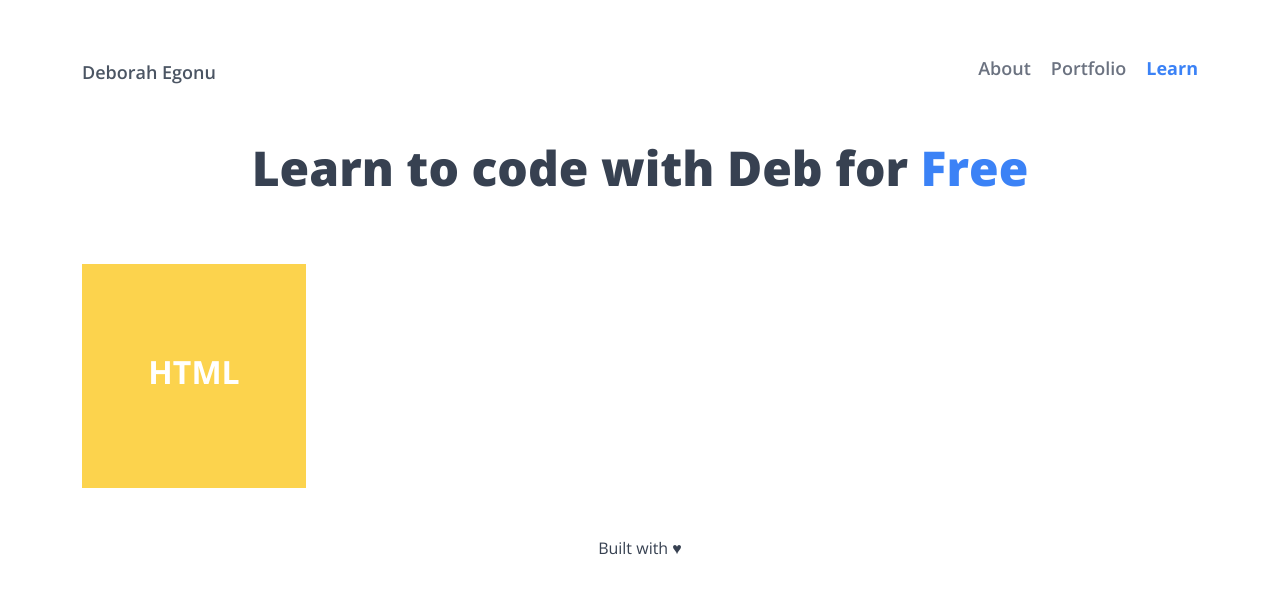
Repository: latenightsnacc/codewithdeb
Page: learn.html
The author's editor kept a copy of each file at every save. The page is drawn from the files as they stood at one save, then again after the next save.
The browser window is 1280 px wide. The pictures show the whole page.
The style sheet was rebuilt from its Sass, Less or Tailwind sources for each picture, by a compiler version that may differ from the author's.

Above is the page before, as saved 2021-06-07 12:42:02.

After the next save:
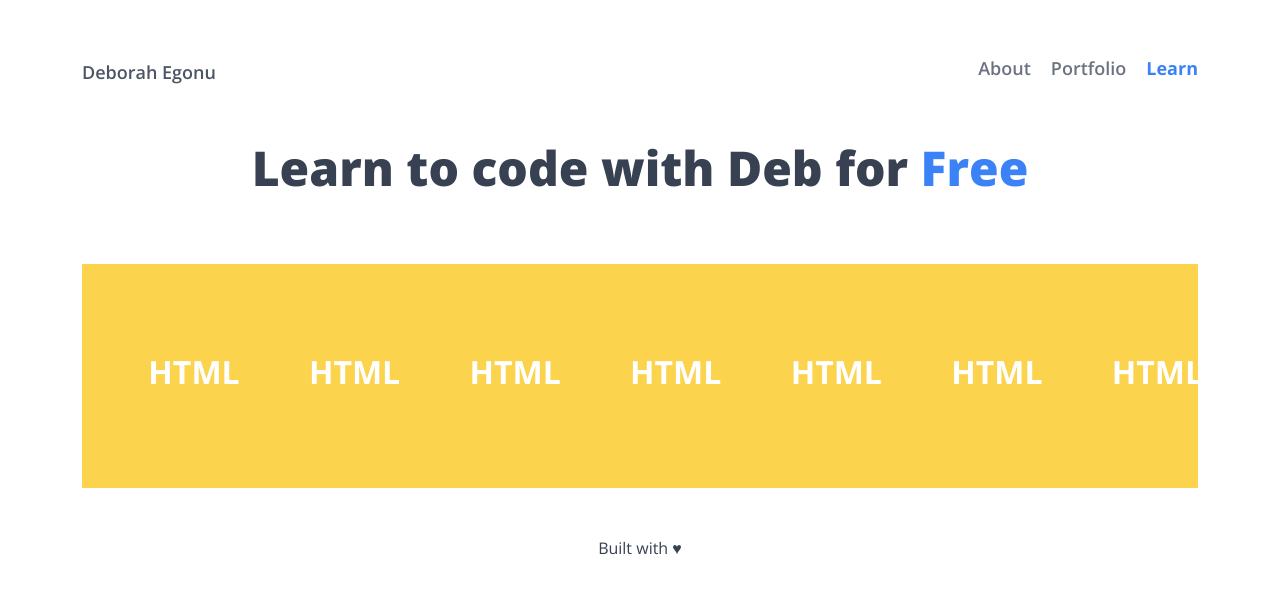
Saved 18 s later.
--- a/learn.html
+++ b/learn.html
@@ -54,6 +54,24 @@
                 <div class="bg-yellow-300 w-56 h-56 flex justify-center items-center text-center">
                     <h2 class="text-white font-bold">HTML</h2>
                 </div>
+                <div class="bg-yellow-300 w-56 h-56 flex justify-center items-center text-center">
+                    <h2 class="text-white font-bold">HTML</h2>
+                </div>
+                <div class="bg-yellow-300 w-56 h-56 flex justify-center items-center text-center">
+                    <h2 class="text-white font-bold">HTML</h2>
+                </div>
+                <div class="bg-yellow-300 w-56 h-56 flex justify-center items-center text-center">
+                    <h2 class="text-white font-bold">HTML</h2>
+                </div>
+                <div class="bg-yellow-300 w-56 h-56 flex justify-center items-center text-center">
+                    <h2 class="text-white font-bold">HTML</h2>
+                </div>
+                <div class="bg-yellow-300 w-56 h-56 flex justify-center items-center text-center">
+                    <h2 class="text-white font-bold">HTML</h2>
+                </div>
+                <div class="bg-yellow-300 w-56 h-56 flex justify-center items-center text-center">
+                    <h2 class="text-white font-bold">HTML</h2>
+                </div>
             </div>
         </div>
     </div>
